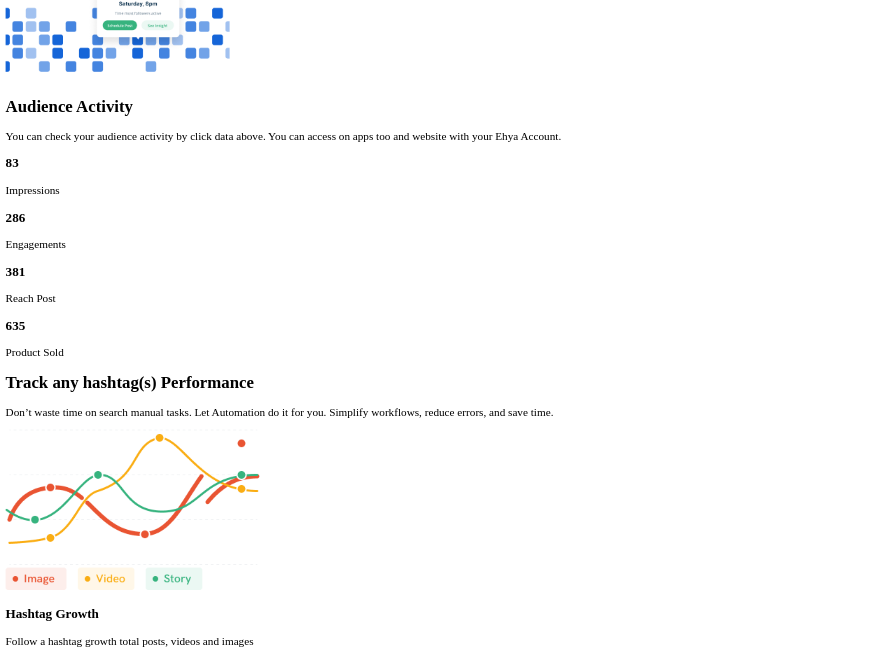
Repository: Eduardo-Tamborelli-Ferreira-lino/FrontEnd
Page: projetos/Prova-CSS/index.html
The author's editor kept a copy of each file at every save. The page is drawn from the files as they stood at one save, then again after the next save.
The browser window is 1280 px wide. The pictures show the part of the page from y = 1487 to 3407 px (the page is 2428 px tall before and 3407 px after), at 70% of full size.

Above is the page before, as saved 2026-03-12 09:57:36.

After the next save:
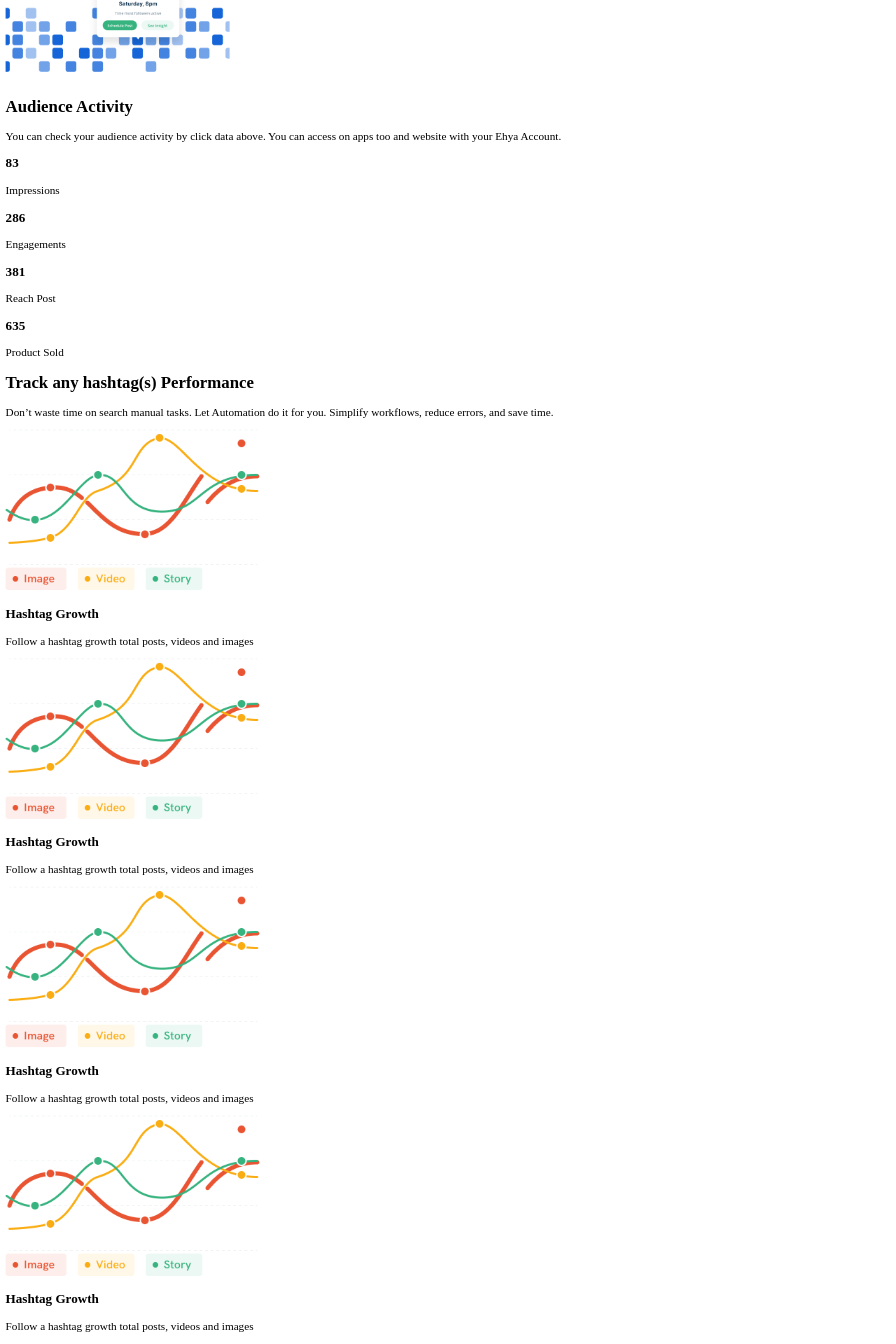
Saved 49 s later.
--- a/projetos/Prova-CSS/index.html
+++ b/projetos/Prova-CSS/index.html
@@ -240,6 +240,66 @@
                         </p>
                     </div>
                 </div>
+                <div class="track-card">
+                    <div id="card-graph">
+                        <img src="./Image/Main/Track-card/Graph-card.png" alt="Graph of hashtag Growth">
+                    </div>
+                    <div id="Graph-description">
+                        <img src="./Image/Main/Track-card/Graph-information.png"
+                            alt="Description of each line in the graph">
+                    </div>
+                    <div class="card-title">
+                        <h3>
+                            Hashtag Growth
+                        </h3>
+                    </div>
+                    <div class="card-subtitle">
+                        <p>
+                            Follow a hashtag growth total posts, videos
+                            and images
+                        </p>
+                    </div>
+                </div>
+                <div class="track-card">
+                    <div id="card-graph">
+                        <img src="./Image/Main/Track-card/Graph-card.png" alt="Graph of hashtag Growth">
+                    </div>
+                    <div id="Graph-description">
+                        <img src="./Image/Main/Track-card/Graph-information.png"
+                            alt="Description of each line in the graph">
+                    </div>
+                    <div class="card-title">
+                        <h3>
+                            Hashtag Growth
+                        </h3>
+                    </div>
+                    <div class="card-subtitle">
+                        <p>
+                            Follow a hashtag growth total posts, videos
+                            and images
+                        </p>
+                    </div>
+                </div>
+                <div class="track-card">
+                    <div id="card-graph">
+                        <img src="./Image/Main/Track-card/Graph-card.png" alt="Graph of hashtag Growth">
+                    </div>
+                    <div id="Graph-description">
+                        <img src="./Image/Main/Track-card/Graph-information.png"
+                            alt="Description of each line in the graph">
+                    </div>
+                    <div class="card-title">
+                        <h3>
+                            Hashtag Growth
+                        </h3>
+                    </div>
+                    <div class="card-subtitle">
+                        <p>
+                            Follow a hashtag growth total posts, videos
+                            and images
+                        </p>
+                    </div>
+                </div>
             </div>
 
         </section>
